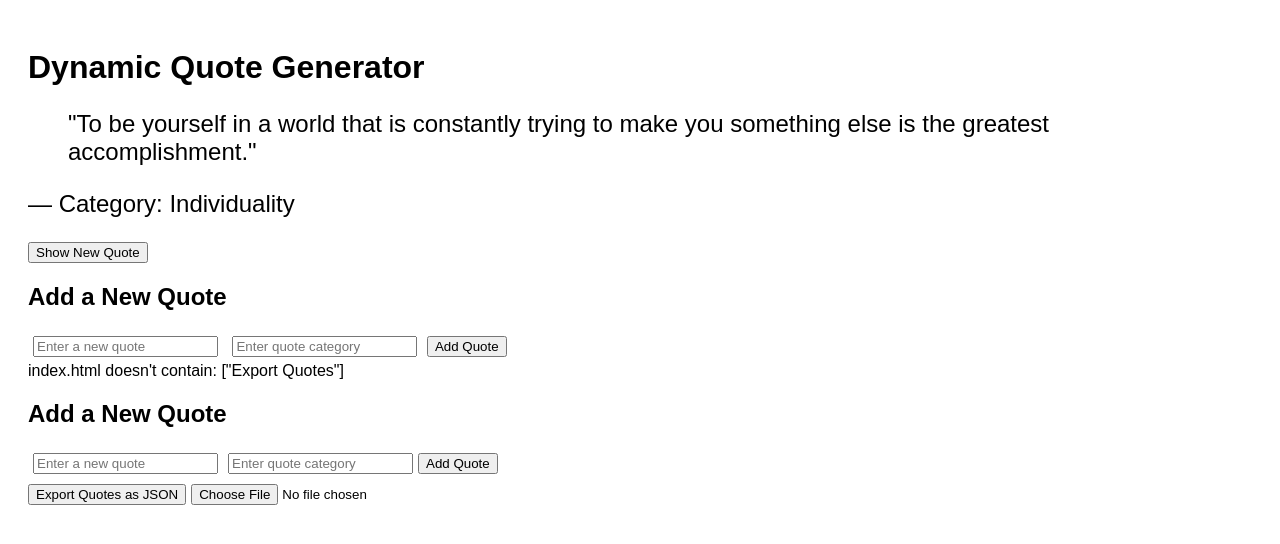
Repository: Patience225/alx_fe_javascript
Page: dom-manipulation/index.html
These files come from the project's save history. The page is drawn as it stood at one moment and after the next save; the edit follows.
The browser window is 1280 px wide. The pictures show the whole page.

Above is the page before, as saved 2025-02-02 06:57:16.

### dom-manipulation/index.html
<!DOCTYPE html>
<html lang="en">
<head>
  <meta charset="UTF-8" />
  <meta name="viewport" content="width=device-width, initial-scale=1.0" />
  <title>Dynamic Quote Generator</title>
  <style>
    /* Some basic styling (optional) */
    body { font-family: Arial, sans-serif; padding: 20px; }
    #quoteDisplay { margin-bottom: 20px; font-size: 1.5em; }
    input { margin: 5px; }
  </style>
</head>
<body>
  <h1>Dynamic Quote Generator</h1>
  <div id="quoteDisplay">Your quote will appear here.</div>
  <button id="newQuote">Show New Quote</button>

  <!-- Form for adding new quotes -->
  <div id="addQuoteForm">
    <h2>Add a New Quote</h2>
    <input id="newQuoteText" type="text" placeholder="Enter a new quote" />
    <input id="newQuoteCategory" type="text" placeholder="Enter quote category" />
    <button id="addQuoteButton">Add Quote</button>
  </div>

  <script src="script.js"></script>
</body>
</html>
index.html doesn't contain: ["Export Quotes"]

### dom-manipulation/script.js
// Global array to store quotes
let quotes = [];

/**
 * Saves the current quotes array to localStorage.
 */
function saveQuotes() {
  localStorage.setItem('quotes', JSON.stringify(quotes));
}

/**
 * Loads quotes from localStorage. If none exist, load sample quotes.
 */
function loadQuotes() {
  const storedQuotes = localStorage.getItem('quotes');
  if (storedQuotes) {
    quotes = JSON.parse(storedQuotes);
  } else {
    // If no quotes in storage, initialize with some sample quotes.
    quotes = [
      { text: "The only limit to our realization of tomorrow is our doubts of today.", category: "Motivation" },
      { text: "Life is what happens when you're busy making other plans.", category: "Life" },
      { text: "To be yourself in a world that is constantly trying to make you something else is the greatest accomplishment.", category: "Individuality" }
    ];
    saveQuotes();
  }
}

/**
 * Displays a random quote from the quotes array in the #quoteDisplay element.
 * Also saves the displayed quote in sessionStorage.
 */
function showRandomQuote() {
  if (quotes.length === 0) {
    document.getElementById("quoteDisplay").textContent = "No quotes available!";
    return;
  }

  const randomIndex = Math.floor(Math.random() * quotes.length);
  const quote = quotes[randomIndex];

  // Display the quote and its category
  const quoteDisplay = document.getElementById("quoteDisplay");
  quoteDisplay.innerHTML = `
    <blockquote>"${quote.text}"</blockquote>
    <p>— Category: ${quote.category}</p>
  `;

  // Save the last displayed quote in sessionStorage
  sessionStorage.setItem('lastQuote', JSON.stringify(quote));
}

/**
 * Adds a new quote to the quotes array based on user input.
 */
function addQuote() {
  const quoteTextInput = document.getElementById("newQuoteText");
  const quoteCategoryInput = document.getElementById("newQuoteCategory");

  const text = quoteTextInput.value.trim();
  const category = quoteCategoryInput.value.trim();

  if (!text || !category) {
    alert("Please enter both a quote and a category.");
    return;
  }

  const newQuote = { text, category };
  quotes.push(newQuote);
  saveQuotes();

  quoteTextInput.value = "";
  quoteCategoryInput.value = "";

  alert("Quote added successfully!");
}

/**
 * Dynamically creates the form for adding new quotes and appends it to the DOM.
 */
function createAddQuoteForm() {
  const formContainer = document.createElement("div");
  formContainer.id = "addQuoteForm";

  const formHeading = document.createElement("h2");
  formHeading.textContent = "Add a New Quote";
  formContainer.appendChild(formHeading);

  const quoteTextInput = document.createElement("input");
  quoteTextInput.id = "newQuoteText";
  quoteTextInput.type = "text";
  quoteTextInput.placeholder = "Enter a new quote";
  formContainer.appendChild(quoteTextInput);

  const quoteCategoryInput = document.createElement("input");
  quoteCategoryInput.id = "newQuoteCategory";
  quoteCategoryInput.type = "text";
  quoteCategoryInput.placeholder = "Enter quote category";
  formContainer.appendChild(quoteCategoryInput);

  const addQuoteButton = document.createElement("button");
  addQuoteButton.id = "addQuoteButton";
  addQuoteButton.textContent = "Add Quote";
  addQuoteButton.addEventListener("click", addQuote);
  formContainer.appendChild(addQuoteButton);

  document.body.appendChild(formContainer);
}

/**
 * Creates and adds buttons for exporting and importing JSON data.
 */
function createImportExportButtons() {
  const container = document.createElement("div");
  container.id = "jsonActions";

  // Export Button
  const exportButton = document.createElement("button");
  exportButton.id = "exportButton";
  exportButton.textContent = "Export Quotes as JSON";
  exportButton.addEventListener("click", exportQuotesAsJson);
  container.appendChild(exportButton);

  // Import File Input
  const importInput = document.createElement("input");
  importInput.type = "file";
  importInput.id = "importFile";
  importInput.accept = ".json";
  importInput.addEventListener("change", importFromJsonFile);
  container.appendChild(importInput);

  document.body.appendChild(container);
}

/**
 * Exports the quotes array as a downloadable JSON file.
 */
function exportQuotesAsJson() {
  const jsonString = JSON.stringify(quotes, null, 2);
  const blob = new Blob([jsonString], { type: 'application/json' });
  const url = URL.createObjectURL(blob);
  const a = document.createElement("a");
  a.href = url;
  a.download = "quotes.json";
  a.click();
  URL.revokeObjectURL(url);
}

/**
 * Imports quotes from a selected JSON file.
 * Updates the quotes array and saves to localStorage.
 */
function importFromJsonFile(event) {
  const fileReader = new FileReader();
  fileReader.onload = function(e) {
    try {
      const importedQuotes = JSON.parse(e.target.result);
      if (Array.isArray(importedQuotes)) {
        quotes.push(...importedQuotes);
        saveQuotes();
        alert("Quotes imported successfully!");
      } else {
        alert("Invalid JSON format: Expected an array of quotes.");
      }
    } catch (error) {
      alert("Error parsing JSON file: " + error.message);
    }
  };
  fileReader.readAsText(event.target.files[0]);
}

/**
 * Checks sessionStorage for a last viewed quote and displays it if found.
 */
function displayLastViewedQuote() {
  const lastQuoteString = sessionStorage.getItem('lastQuote');
  if (lastQuoteString) {
    const lastQuote = JSON.parse(lastQuoteString);
    document.getElementById("quoteDisplay").innerHTML = `
      <blockquote>"${lastQuote.text}"</blockquote>
      <p>— Category: ${lastQuote.category} (Last Viewed)</p>
    `;
  }
}

// Initialize the app once the DOM is fully loaded.
document.addEventListener("DOMContentLoaded", () => {
  // Load quotes from local storage (or initialize with sample quotes)
  loadQuotes();

  // Create and attach the Add Quote form
  createAddQuoteForm();

  // Create and attach JSON import/export buttons
  createImportExportButtons();

  // Attach event listener to the "Show New Quote" button
  document.getElementById("newQuote").addEventListener("click", showRandomQuote);

  // Display last viewed quote from session storage if available,
  // otherwise show a random quote.
  if (sessionStorage.getItem('lastQuote')) {
    displayLastViewedQuote();
  } else {
    showRandomQuote();
  }
});

After the next save:
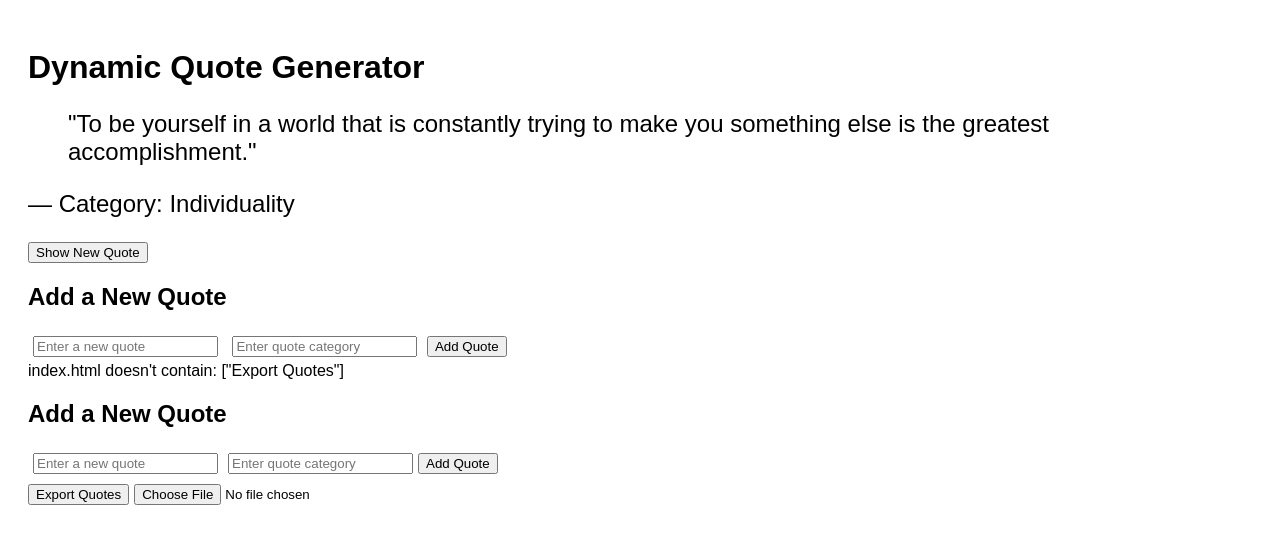
Saved 88 s later.
--- a/dom-manipulation/script.js
+++ b/dom-manipulation/script.js
@@ -117,7 +117,7 @@ function createImportExportButtons() {
   // Export Button
   const exportButton = document.createElement("button");
   exportButton.id = "exportButton";
-  exportButton.textContent = "Export Quotes as JSON";
+  exportButton.textContent = "Export Quotes";
   exportButton.addEventListener("click", exportQuotesAsJson);
   container.appendChild(exportButton);
 
